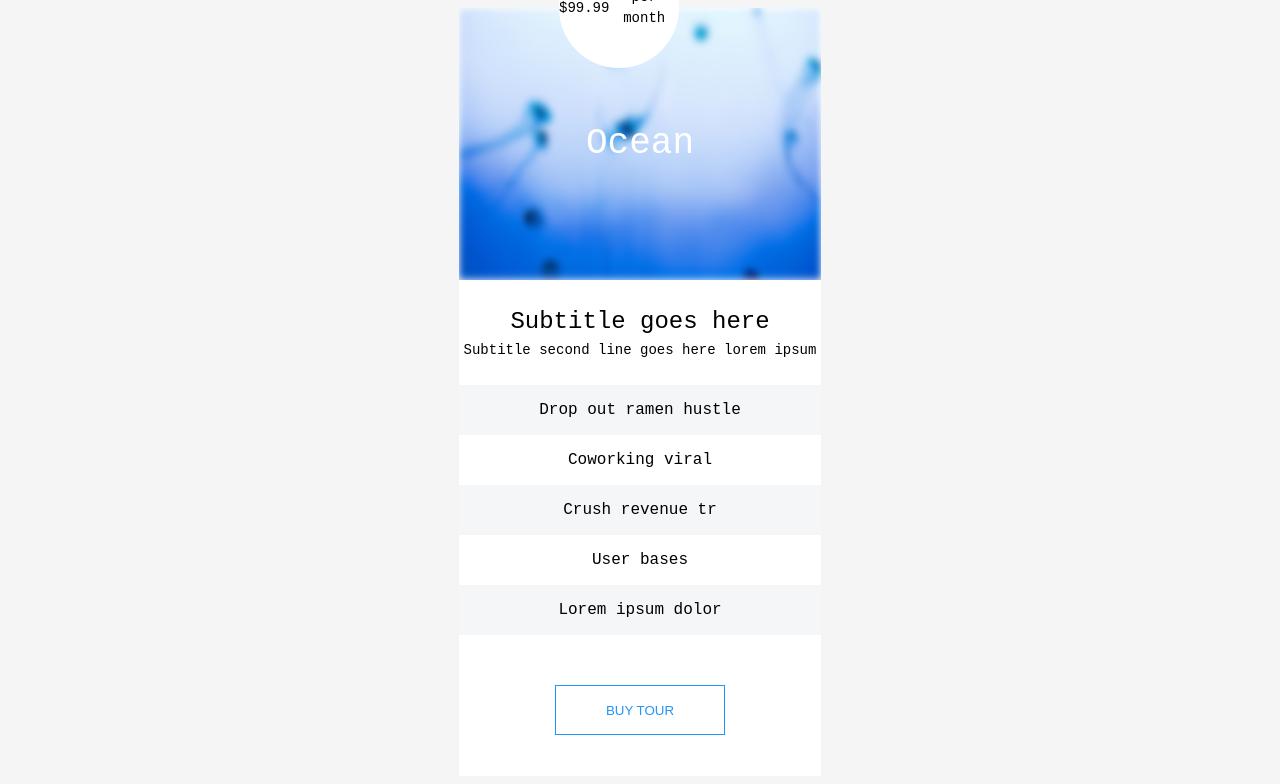
Repository: HoanTiny/pricetable
Page: index.html
These files come from the project's save history. The page is drawn as it stood at one moment and after the next save; the edit follows.
The browser window is 1280 px wide. The pictures show the whole page.

Above is the page before, as saved 2022-07-04 10:33:55.

### index.html
<!DOCTYPE html>
<html lang="en">
    <head>
        <meta charset="UTF-8" />
        <meta http-equiv="X-UA-Compatible" content="IE=edge" />
        <meta name="viewport" content="width=device-width, initial-scale=1.0" />
        <title>PriceTable</title>
        <link rel="stylesheet" href="./assests/css/style.css" />
    </head>
    <body>
        <div class="container">
            <div class="price-table">
                <div class="img">
                    <img src="./assests/img/ocean.png" alt="logo" />
                    <span>Ocean</span>
                </div>
                <div class="title">
                    <div class="title_header">
                        <p>Subtitle goes here</p>
                        <span>Subtitle second line goes here lorem ipsum</span>
                    </div>
                    <div class="title_list">
                        <ul>
                            <li>Drop out ramen hustle</li>
                            <li>Coworking viral</li>
                            <li>Crush revenue tr</li>
                            <li>User bases</li>
                            <li>Lorem ipsum dolor</li>
                        </ul>
                    </div>
                    <div class="title_btn">
                        <button type="">Buy Tour</button>
                    </div>
                    <div class="price">
                        <p>$99.99</p>
                        <span>per month</span>
                    </div>
                </div>
            </div>
        </div>
    </body>
</html>

### assests/css/style.css
body {
    background-color: #f5f5f5;
    font-family: "Courier New", Courier, monospace;
    font-size: 14px;
    line-height: 1.5;
    min-height: 100vh;
    display: flex;
    justify-content: center;
    align-items: center;
}

* {
    box-sizing: border-box;
}

.container {
    display: flex;
}

.price-table {
    width: 362px;
    height: 768px;
    background-color: #fff;
    position: relative;
}

.img {
    position: relative;
    height: 272px;
    width: 100%;
}

.img span {
    position: absolute;
    top: 50%;
    left: 50%;
    transform: translate(-50%, -50%);
    font-size: 36px;
    color: #fff;
}

img {
    width: 100%;
    height: 100%;
}

.title_header {
    text-align: center;
    margin: 24px 0;
}

.title_header p {
    font-size: 24px;
    margin: 0;
}

.title_header span {
    font-size: 14px;
}

.title_list ul {
    text-align: center;
    padding-left: 0;
    list-style: none;
}

.title_list ul li {
    font-size: 16px;
    height: 50px;
    line-height: 50px;
}

.title_list ul li:nth-child(odd) {
    background-color: #f4f6f7;
}

.title_btn {
    margin-top: 50px;
    text-align: center;
}

.title_btn button {
    width: 170px;
    height: 50px;
    border: 1px solid #2196f7;
    background-color: #fff;
    text-transform: uppercase;
    color: #2196f7;
}

.price {
    position: absolute;
    top: -60px;
    left: 100px;
    /* transform: translate(-50%, -50%); */
    width: 120px;
    height: 120px;
    border-radius: 50%;
    background-color: #fff;
    display: flex;
    justify-content: center;
    align-items: center;
    text-align: center;
}

After the next save:
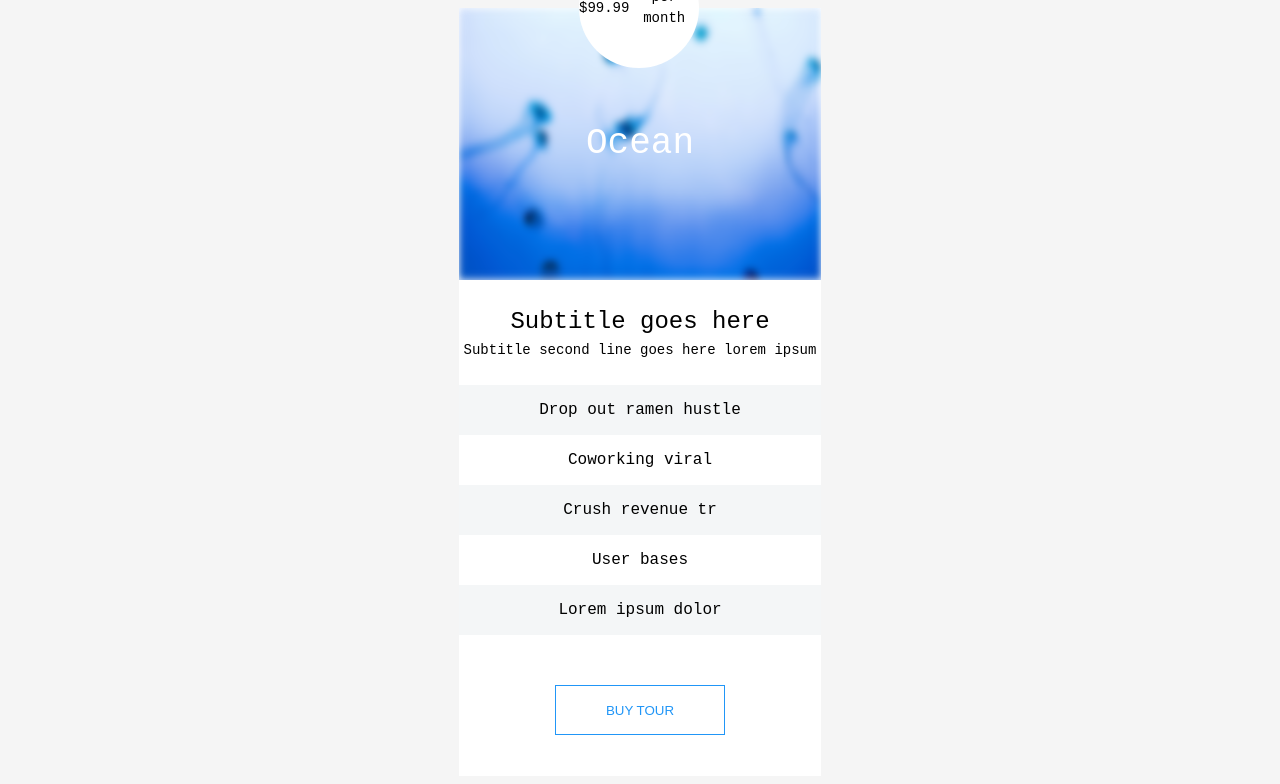
Saved 7 s later.
--- a/assests/css/style.css
+++ b/assests/css/style.css
@@ -91,7 +91,7 @@ img {
 .price {
     position: absolute;
     top: -60px;
-    left: 100px;
+    left: 120px;
     /* transform: translate(-50%, -50%); */
     width: 120px;
     height: 120px;
